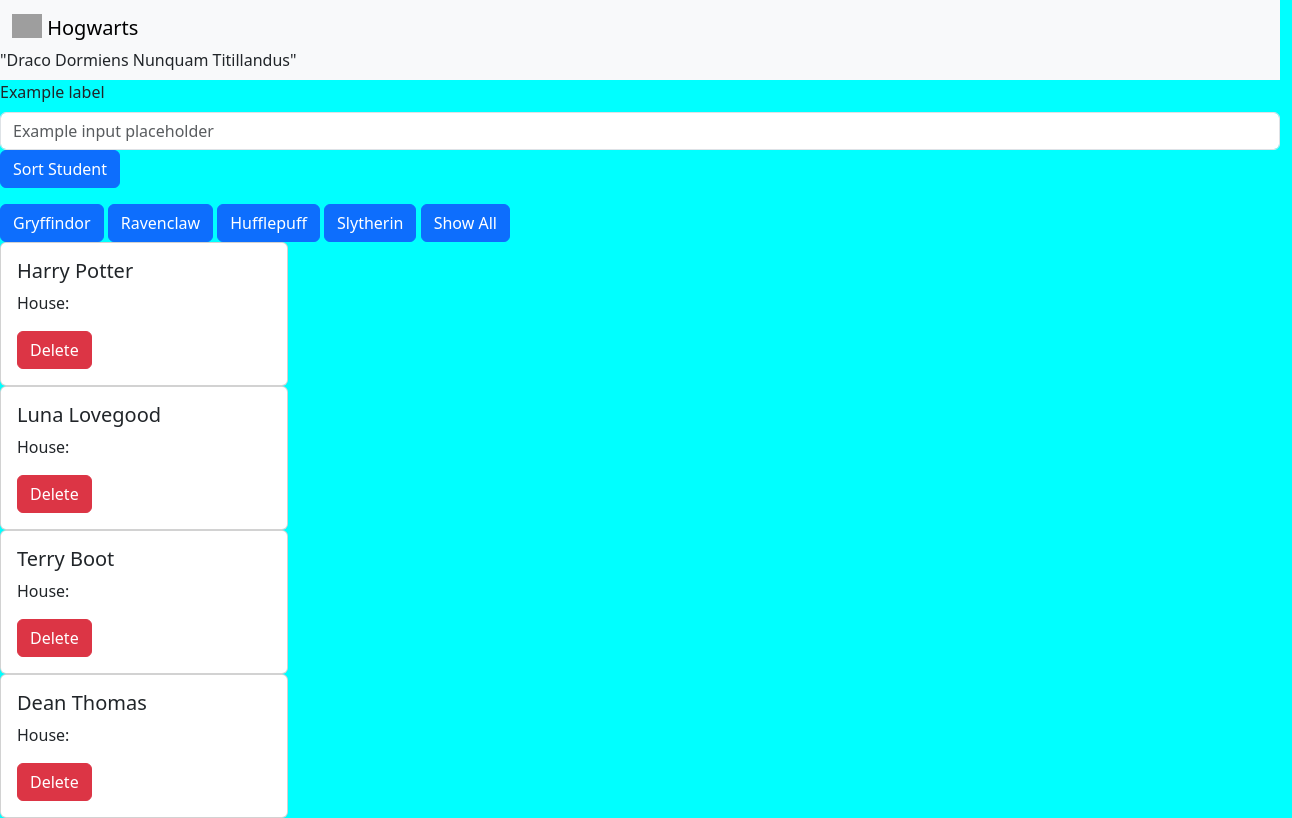
Repository: Drumstrum88/sorting-hat
Page: index.html
These files come from the project's save history. The page is drawn as it stood at one moment and after the next save; the edit follows.
The browser window is 1280 px wide. The page is 1280 px wide, then 1292 px, so the pictures cover 1292 px, including what lies to the right of the window. The pictures show the whole page.
Pictures or frames that could not be fetched are drawn as grey boxes.

Above is the page before, as saved 2023-04-29 12:34:35.
Console error: ReferenceError: grifBtn is not defined

After the next save:
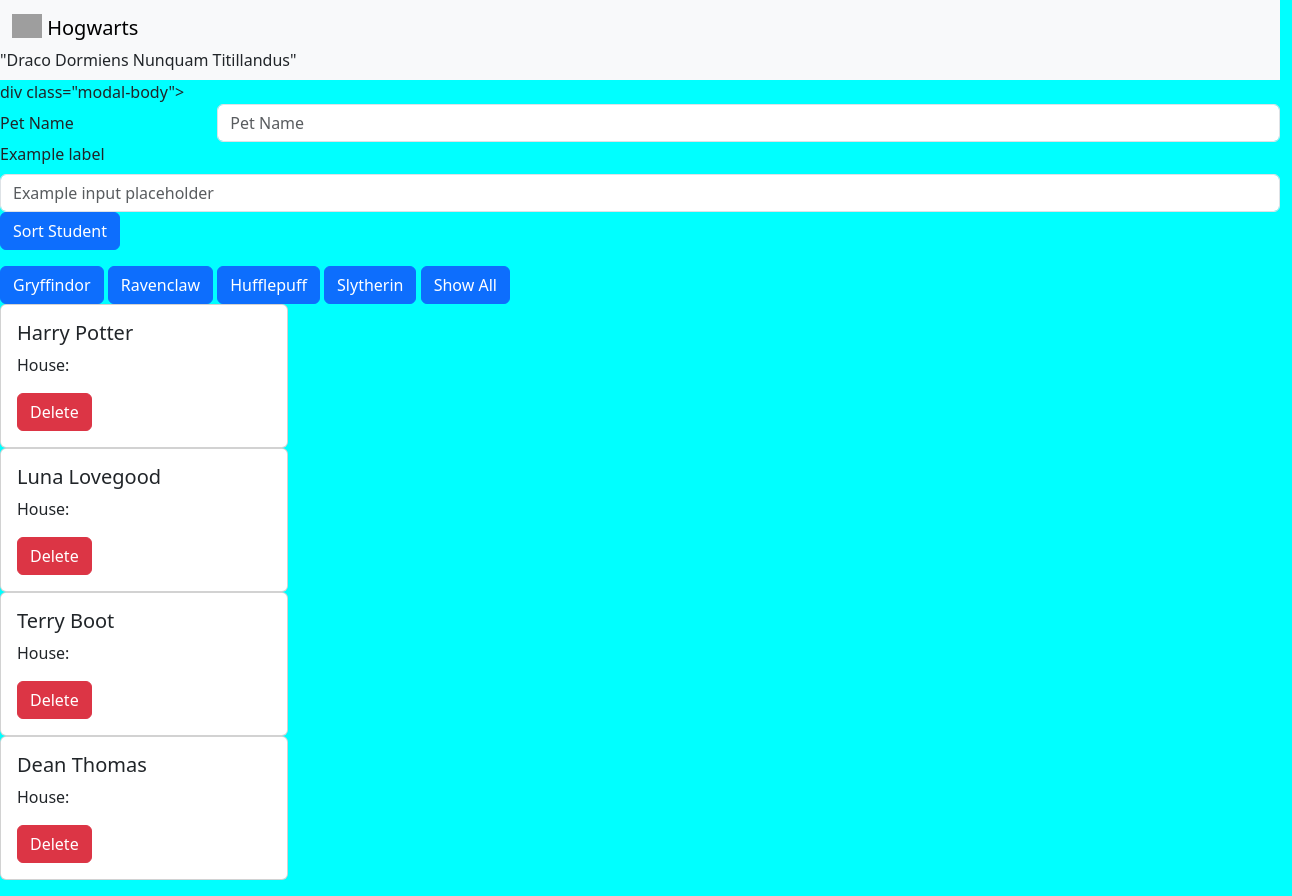
Saved 83 s later.
--- a/index.html
+++ b/index.html
@@ -22,7 +22,13 @@
 </header>
 
 <body>
-
+  div class="modal-body">
+  <form class="form">
+    <div class="row mb-3">
+      <label for="colFormLabel" class="col-sm-2 col-form-label">Pet Name</label>
+      <div class="col-sm-10">
+        <input type="text" class="form-control" id="name" placeholder="Pet Name">
+      </div>
    <div class="mb-3">
     <label for="formGroupExampleInput" class="form-label">Example label</label>
     <input type="text" class="form-control" id="formGroupExampleInput" placeholder="Example input placeholder">
